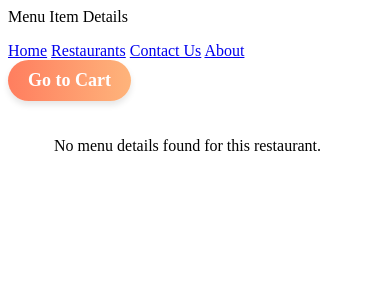
Repository: Sujith-B-S/Food-Application
Page: http://localhost/FoodApplication/menu.jsp
The author's editor kept a copy of each file at every save. The page is drawn from the files as they stood at one save, then again after the next save.
The browser window is 375 px wide. The pictures show the whole page.
The page is served by Tomcat 9. Other server files are loaded and not shown. The template is opened directly, without the code that normally fills it, so the values that code supplies are empty.

Above is the page before, as saved 2024-11-21 09:32:54.

### FoodApplication/src/main/webapp/menu.jsp
<%@ page import="com.sg.menupojo.Menu" %>
<%@ page import="java.util.*" %>
<%@ page contentType="text/html;charset=UTF-8" language="java" %>
<html>
<head>
    <title>Menu Details</title>
    <script src="https://code.jquery.com/jquery-3.6.0.min.js"></script>
    <style>
        h1 {
            text-align: center;
        }

        .container {
            display: flex;
            flex-wrap: wrap;
            gap: 20px;
            justify-content: center;
            margin-top: 20px;
        }

        .card {
            width: 23%;
            border: 1px solid #ccc;
            border-radius: 8px;
            overflow: hidden;
            background-color: #f5f5f5;
            box-shadow: 0 4px 8px rgba(0, 0, 0, 0.2);
            text-align: center;
            margin-bottom: 20px;
            transition: transform 0.3s ease;
        }

        .card img {
            width: 100%;
            height: 250px;
            border-radius:20px;
            object-fit: cover;
        }

        .card-content {
            padding: 15px;
        }

        .card-content h3 {
            margin: 10px 0;
            font-size: 1.2em;
        }

        .card-content p {
            margin: 5px 0;
            font-size: 0.9em;
        }

        .card:hover {
            transform: scale(1.05);
            cursor: pointer;
        }

        select {
            width: 20%;
            padding: 5px;
            margin: 10px 0;
            font-size: 14px;
        }

        button {
            padding: 10px 15px;
            background-color: #FF734C;
            border: none;
            color: white;
            border-radius: 5px;
            cursor: pointer;
            font-size: 16px;
            margin-top: 10px;
        }

        button:hover {
            background-color: #ff3d00;
        }

        /* Responsive Design */
        @media (max-width: 768px) {
            .card {
                width: 45%;
            }
        }

        @media (max-width: 480px) {
            .card {
                width: 100%;
            }

            .cart-button {
    display: inline-block;
    margin-right: 30px;
    padding: 10px 20px;
    font-size: 18px;
    font-weight: bold;
    color: white;
    background: linear-gradient(90deg, #ff7e5f, #feb47b);
    border: none;
    border-radius: 25px;
    box-shadow: 0 4px 6px rgba(0, 0, 0, 0.1);
    text-decoration: none;
    text-align: center;
    transition: all 0.3s ease-in-out;
}

.cart-button:hover {
    background: linear-gradient(90deg, #feb47b, #ff7e5f);
    box-shadow: 0 6px 12px rgba(0, 0, 0, 0.2);
    transform: translateY(-2px);
}

.cart-button:active {
    transform: translateY(0);
    box-shadow: 0 3px 6px rgba(0, 0, 0, 0.1);
}

    </style>
    <script>
        // Function to handle adding an item to the cart using AJAX
        function addToCart(menuId) {
            const quantity = document.getElementById("quantity-" + menuId).value;

            // Perform AJAX request
            $.ajax({
                url: 'AddToCartController',
                method: 'POST',
                data: { menuId: menuId, quantity: quantity },
                success: function(response) {
                    alert("added the cart item successfully"); // Notify success
                },
                error: function(xhr) {
                    alert("Error: " + xhr.responseJSON.message); // Notify error
                }
            });
        }
    </script>
</head>
<body>

	<!-- Navbar -->
    <div class="navbar">
        <div class="navbar-left">
            <div class="title">
                <p class="app-name">Menu Item Details</p>
            </div>
            <div class="hamburger">
                <div></div>
                <div></div>
                <div></div>
            </div>
            <nav>
                <a href="home.jsp">Home</a>
                <a href="restaurants.jsp">Restaurants</a>
                <a href="contact.jsp">Contact Us</a>
                <a href="about.jsp">About</a>
            </nav>
        </div>


    <a href="cart.jsp" class = "cart-button">Go to Cart</a>
    <div class="container">
        <%
            // Get the menu list from the request
            List<Menu> menuList = (List<Menu>) request.getAttribute("menu");

            // Check if the menu list is not null and not empty
            if (menuList != null && !menuList.isEmpty()) {
                // Loop through the menu list and display each item
                for (Menu menu : menuList) {
        %>
        <div class="card">
            <div class="card-content">
                <img alt="Menu Items" src="<%= menu.getImage() %>">
                <h3><%= menu.getName() %></h3>
                <p><strong>Description:</strong> <%= menu.getDescription() %></p>
                <p><strong>Price:</strong> ₹<%= menu.getPrice() %></p>
                <p><strong>Rating:</strong> <%= menu.getRating() %>/5</p>
                <p><strong>Available:</strong> <%= menu.isAvailable() ? "Yes" : "No" %></p>
                <label for="quantity-<%= menu.getMenuId() %>">Quantity:</label>
                <select id="quantity-<%= menu.getMenuId() %>" name="quantity">
                    <% for (int i = 1; i <= 10; i++) { %>
                        <option value="<%= i %>"><%= i %></option>
                    <% } %>
                </select>
                <button type="button" onclick="addToCart(<%= menu.getMenuId() %>)">Add to Cart</button>
            </div>
        </div>
        <%
                } // End of for loop
            } else { // If no menu items are available
        %>
        <p>No menu details found for this restaurant.</p>
        <% } %>
    </div>
    <div style="text-align: center; margin-top: 20px;">

    </div>
</body>
</html>

After the next save:
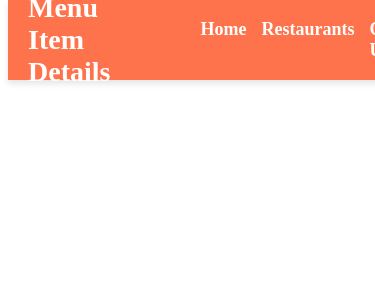
Saved 14 s later.
--- a/FoodApplication/src/main/webapp/menu.jsp
+++ b/FoodApplication/src/main/webapp/menu.jsp
@@ -116,7 +116,53 @@
     transform: translateY(0);
     box-shadow: 0 3px 6px rgba(0, 0, 0, 0.1);
 }
-
+        .navbar {
+            position: fixed;
+            top: 0;
+            width: 100%;
+            height: 80px;
+            background-color: #FF734C;
+            display: flex;
+            justify-content: space-between;
+            align-items: center;
+            padding: 0 20px;
+            box-shadow: 0 4px 6px rgba(0, 0, 0, 0.1);
+            z-index: 1000;
+        }
+
+        .navbar-left .nav {
+            display: flex;
+            align-items: center;
+        }
+
+        .navbar-left {
+            gap: 35px;
+            display: flex;
+            align-items: center;
+        }
+
+        .app-name {
+            font-size: 28px;
+            font-weight: 700;
+            color: white;
+            margin-right: 20px;
+        }
+
+        nav {
+            display: flex;
+            gap: 15px;
+        }
+
+        .navbar a {
+            color: white;
+            text-decoration: none;
+            font-size: 18px;
+            font-weight: 600;
+        }
+
+        .navbar a:hover {
+            color: black;
+        }
     </style>
     <script>
         // Function to handle adding an item to the cart using AJAX
